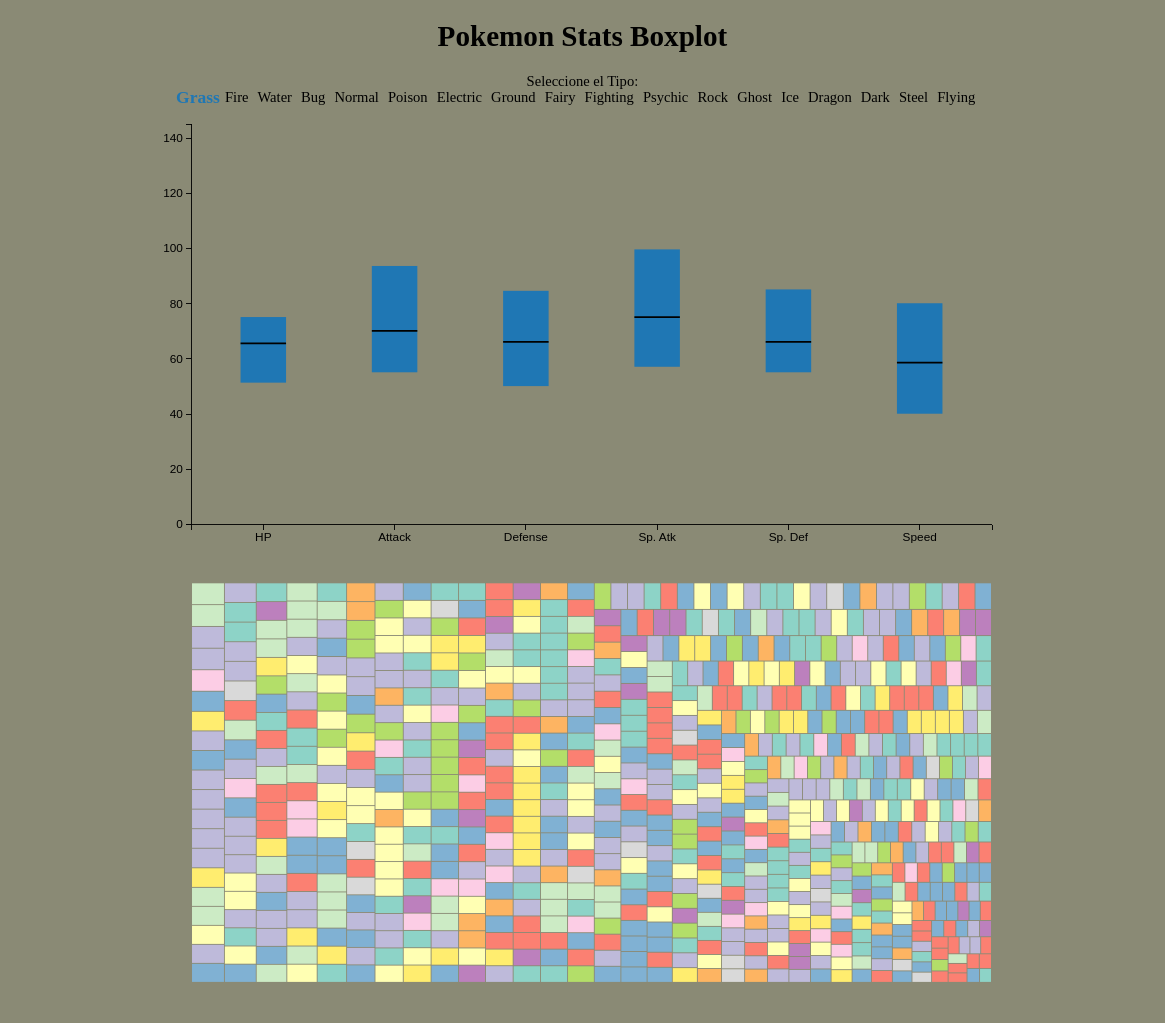
Repository: Cartterr/Proyecto-VisInfo
Page: Propuesta1_Tipos_Cajas.html
These files come from the project's save history. The page is drawn as it stood at one moment and after the next save; the edit follows.
The browser window is 1280 px wide. The pictures show the whole page, at 91% of full size.

Above is the page before, as saved 2023-06-28 03:01:13.

After the next save:
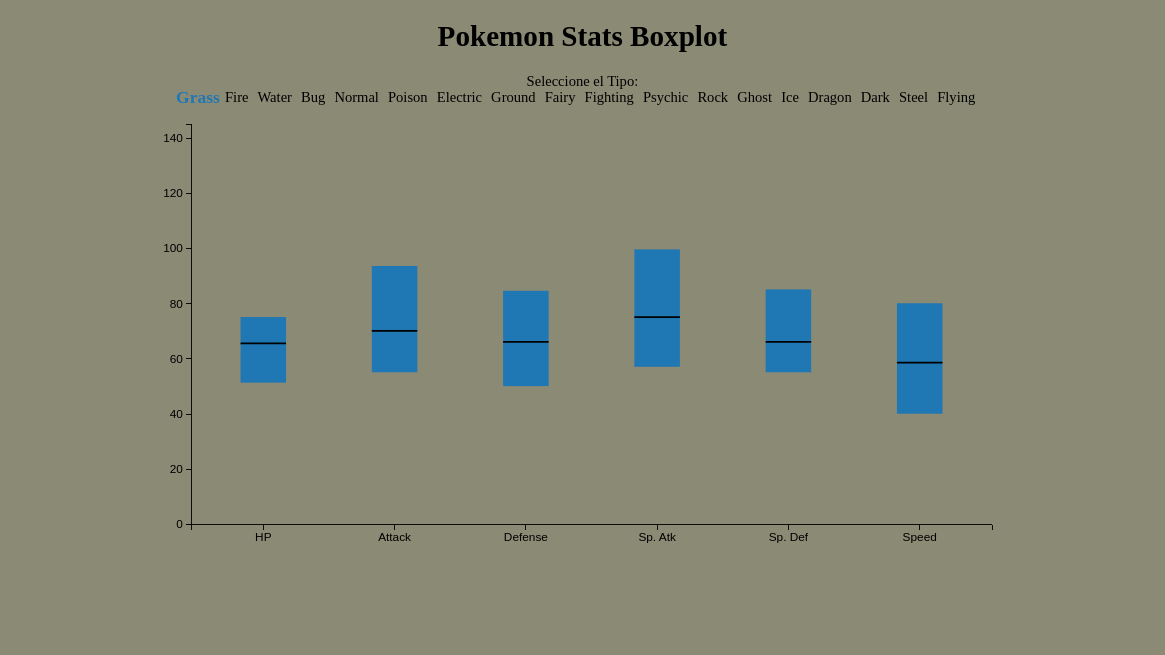
Console error (its wording comes from the project's code and is left out).
Saved 5 min 20 s later.
--- a/Propuesta1_Tipos_Cajas.js
+++ b/Propuesta1_Tipos_Cajas.js
@@ -95,6 +95,14 @@
     // Add an id for each Pokemon (needed to compute hierarchy)
     data.forEach((d, i) => d.id = i);
 
+
+    // Create a data structure that reflects the hierarchy of your data
+    const typeHierarchy = d3.stratify()
+        .id(d => d["Type 2"])
+        .parentId(d => d["Type 1"])
+        (data);
+
+
     //TREEMAP
     const color = d3.scaleOrdinal()
         .domain(types)

After the 6 saves that followed:
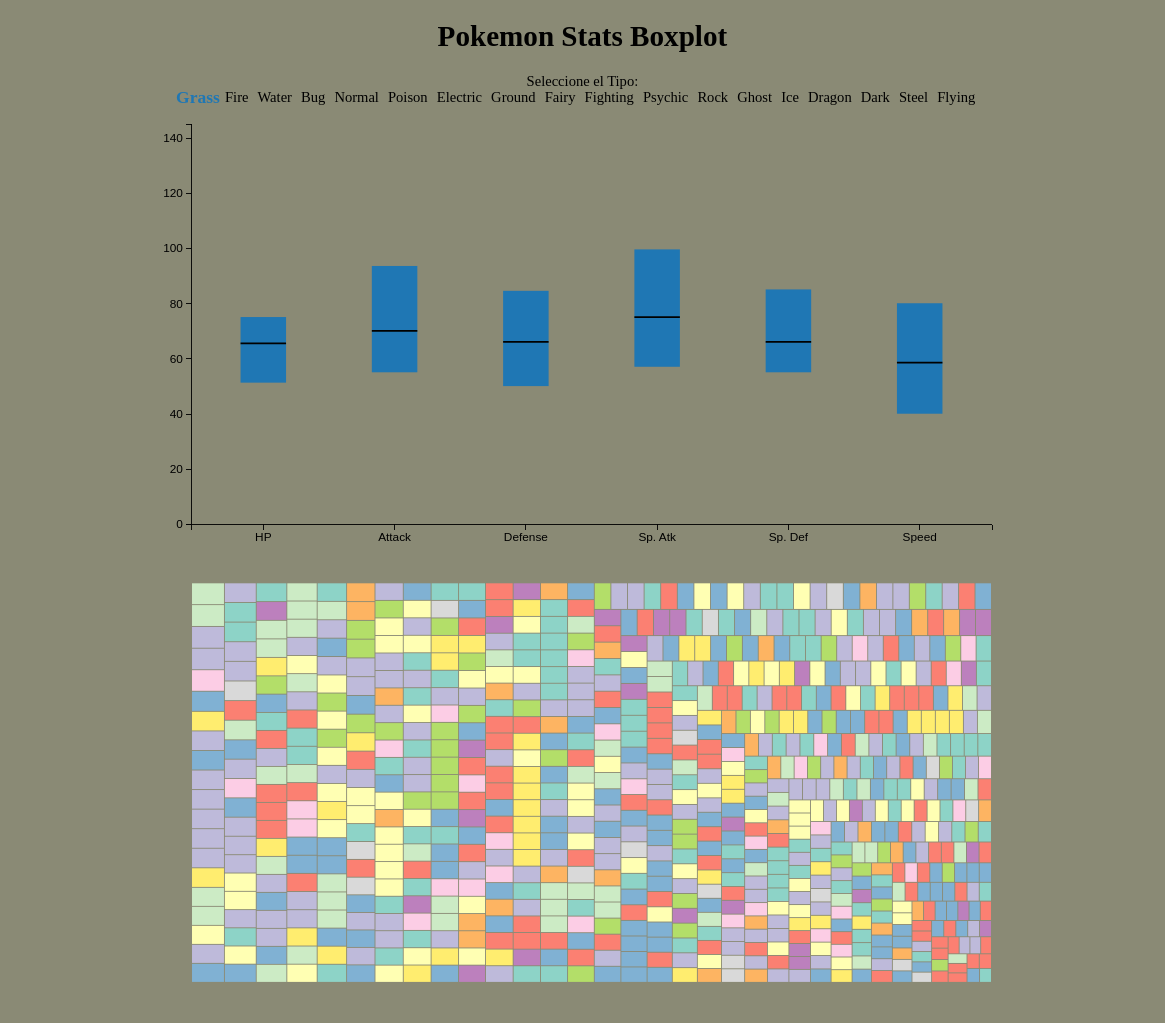
The error is gone.
The 6 saves are shown as one change because 5 left the picture as it was.
The last was saved 6 min 17 s later.
--- a/Propuesta1_Tipos_Cajas.js
+++ b/Propuesta1_Tipos_Cajas.js
@@ -96,13 +96,6 @@
     data.forEach((d, i) => d.id = i);
 
 
-    // Create a data structure that reflects the hierarchy of your data
-    const typeHierarchy = d3.stratify()
-        .id(d => d["Type 2"])
-        .parentId(d => d["Type 1"])
-        (data);
-
-
     //TREEMAP
     const color = d3.scaleOrdinal()
         .domain(types)
